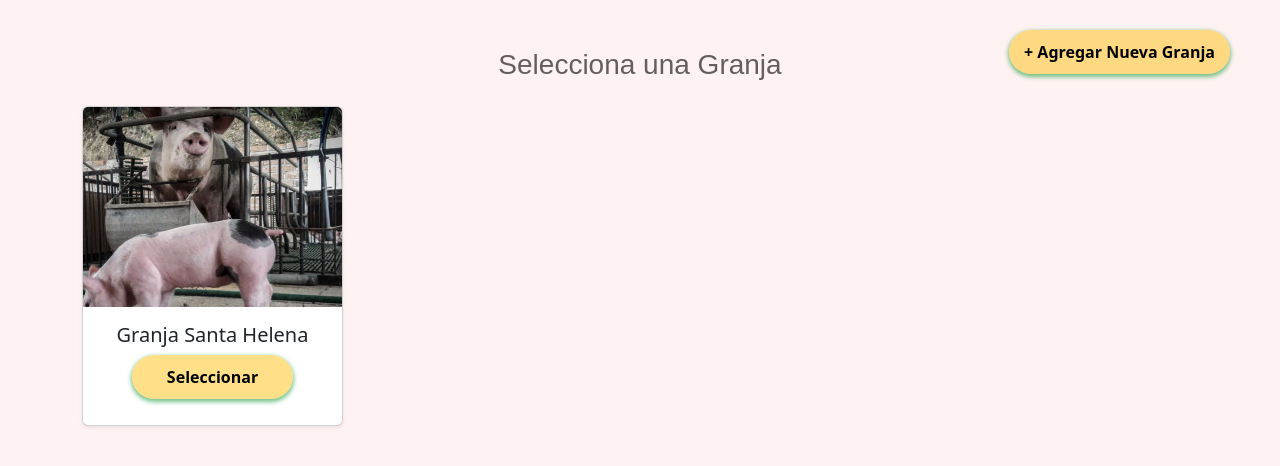
Repository: Mateojimenezz/Granja-Santa-Helena
Page: seleccionarGranja.html
These files come from the project's save history. The page is drawn as it stood at one moment and after a run of saves; the edit follows.
The browser window is 1280 px wide. The pictures show the whole page.
Some web fonts or font styles are not loaded; a fallback is used.

Above is the page before, as saved 2025-05-13 12:50:28.

After the next 2 saves:
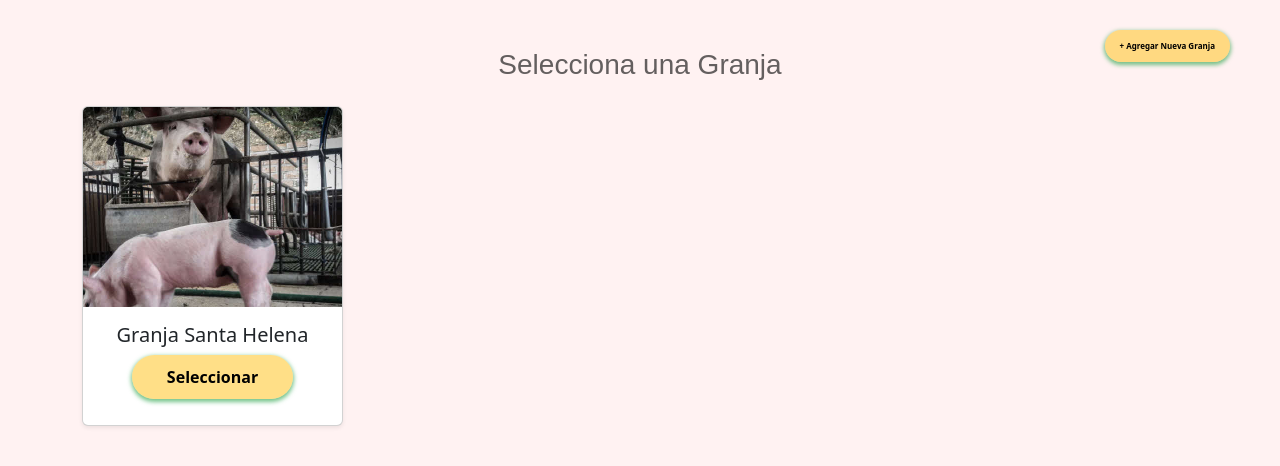
The 2 saves are shown as one change because they came seconds apart.
The last was saved 5 s later.
--- a/assets/css/seleccionarGranja.css
+++ b/assets/css/seleccionarGranja.css
@@ -69,5 +69,5 @@ body{
     right: 50px; /* Ajusta la distancia desde la derecha */
     z-index: 100; /* Asegura que el botón esté por encima de otros elementos */
     padding: 10px 15px;
-    font-size: .;
+    font-size: 0.5em;
 }
